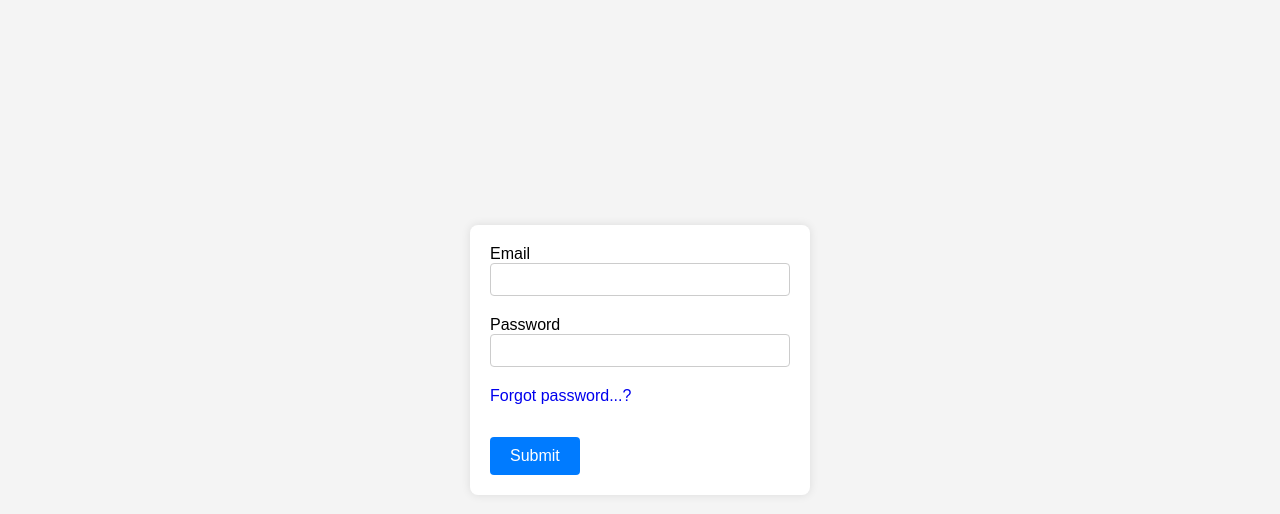
Repository: Ndifoinhilary/authentication
Page: http://localhost/auth/login/
The author's editor kept a copy of each file at every save. The page is drawn from the files as they stood at one save, then again after the next save.
The browser window is 1280 px wide. The pictures show the whole page.
The page is served by the project's application, run on Django 3.2 (manage.py).

Above is the page before, as saved 2024-01-05 19:22:05.

After the next save:
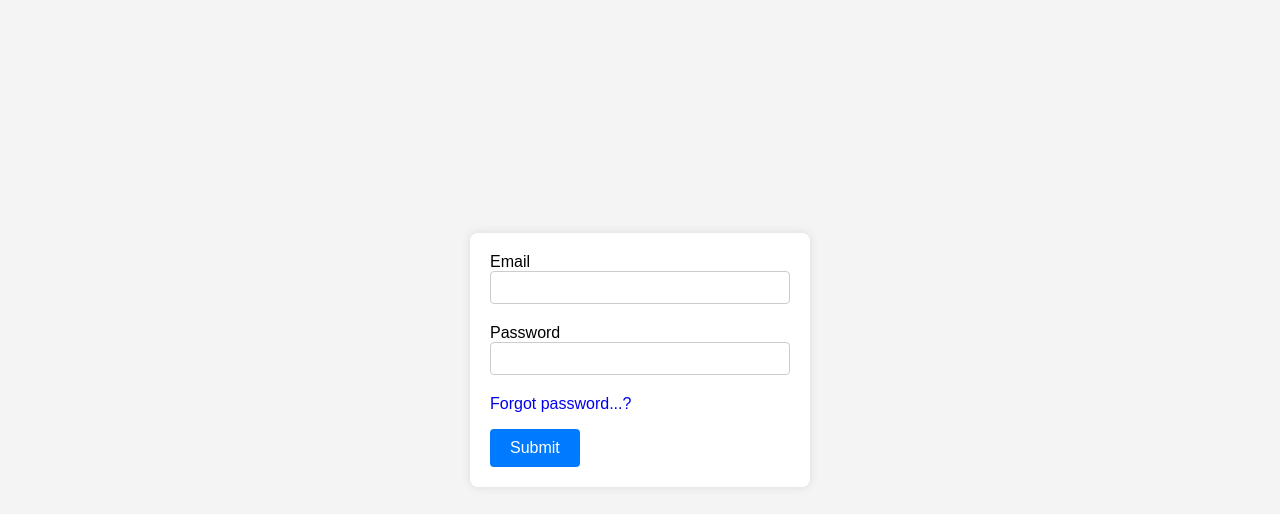
Saved 11 s later.
--- a/Auth/templates/login.html
+++ b/Auth/templates/login.html
@@ -54,7 +54,7 @@
             border-radius: 4px;
             cursor: pointer;
             font-size: 16px;
-            margin-top: 2rem;
+            margin-top: 1rem;
         }
 
         .btn:hover {
